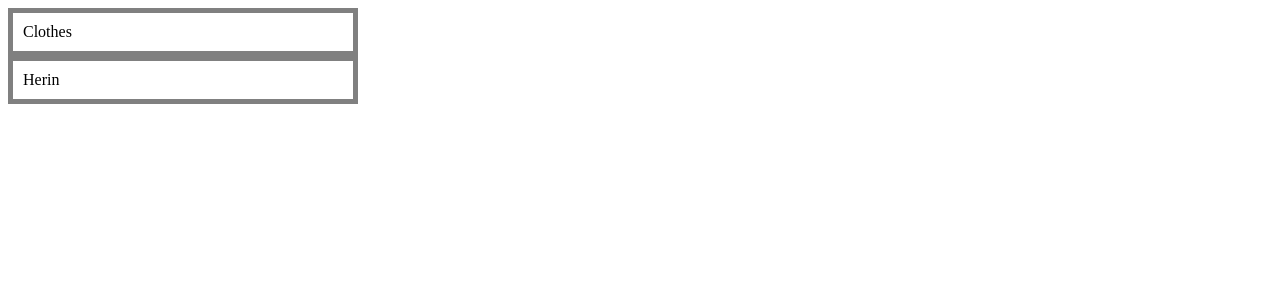
Repository: parkh899/parkh899.github.io
Page: studio/closet_space.html
The author's editor kept a record of every edit. The page is drawn from the files as they stood at one moment, then again after the next edit.
The browser window is 1280 px wide. The pictures show the whole page.

Above is the page before.

After the next edit:
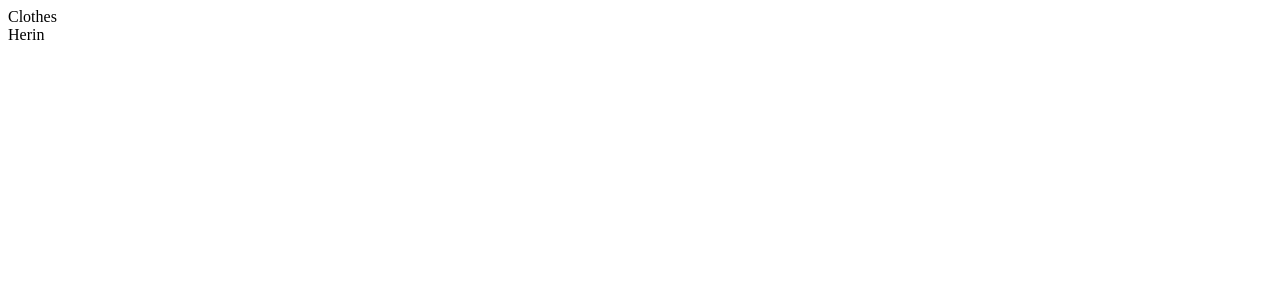
The edit:
--- a/studio/closet_space.html
+++ b/studio/closet_space.html
@@ -2,6 +2,7 @@
 <html>
 <head>
 <style>
+<center>
 div {
     width: 320px;
     padding: 10px;

After the 2 edits that followed:
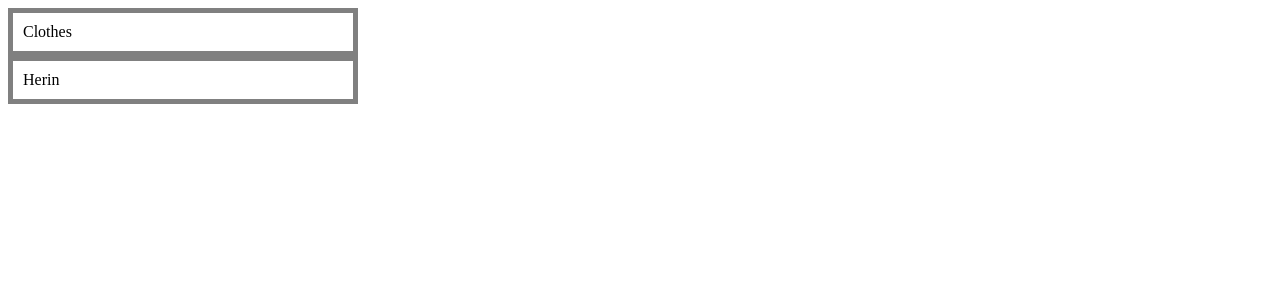
The 2 edits are shown as one change because 1 left the picture as it was.
The edit:
--- a/studio/closet_space.html
+++ b/studio/closet_space.html
@@ -2,7 +2,7 @@
 <html>
 <head>
 <style>
-<center>
+
 div {
     width: 320px;
     padding: 10px;
@@ -31,6 +31,8 @@
 
 <div>Clothes</div>
 
+
+
 </body>
 </html>
 </style>
